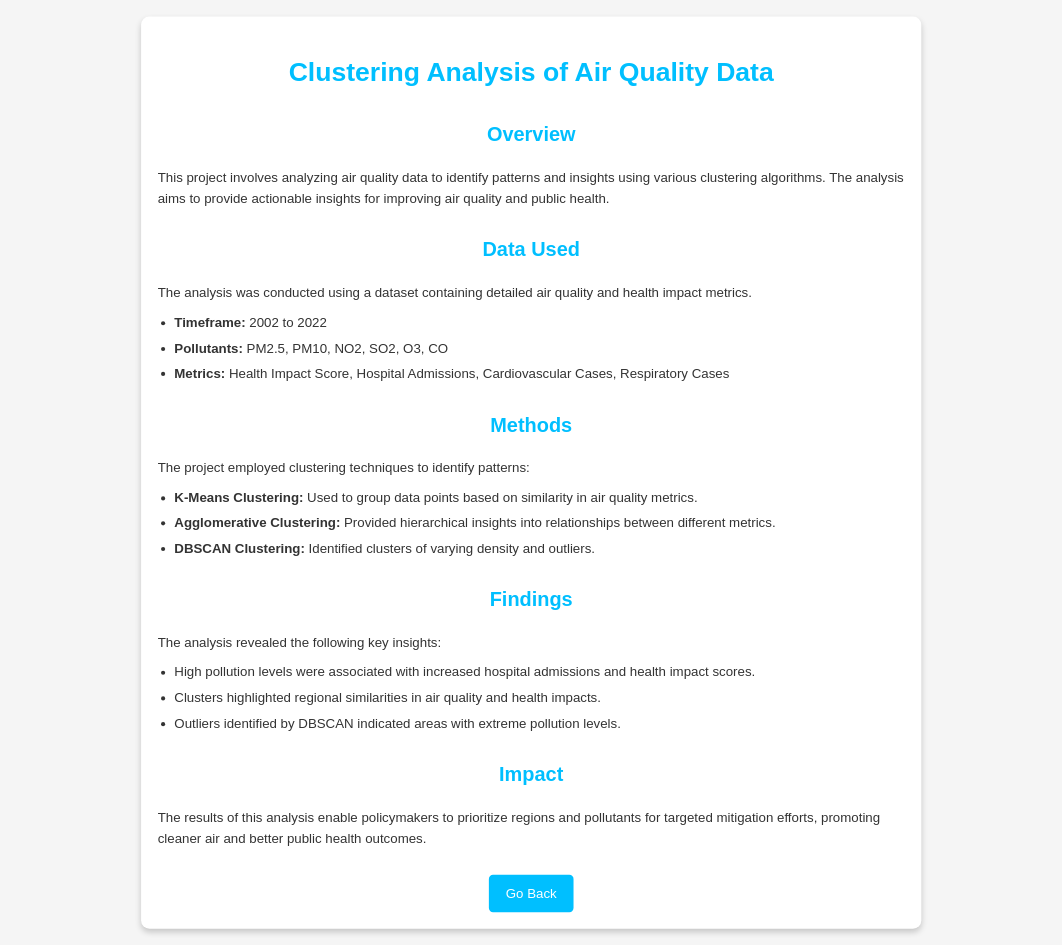
Repository: aminemnif/air-quality
Page: respiratory_cases/templates/clustering.html
These files come from the project's save history. The page is drawn as it stood at one moment and after the next save; the edit follows.
The browser window is 1280 px wide. The pictures show the whole page, at 83% of full size.
The template is drawn by Django 5.2. The application's start-up code is not run. The template is opened directly, without the code that normally fills it, so the values that code supplies are empty.

Above is the page before, as saved 2025-01-11 20:59:49.

After the next save:
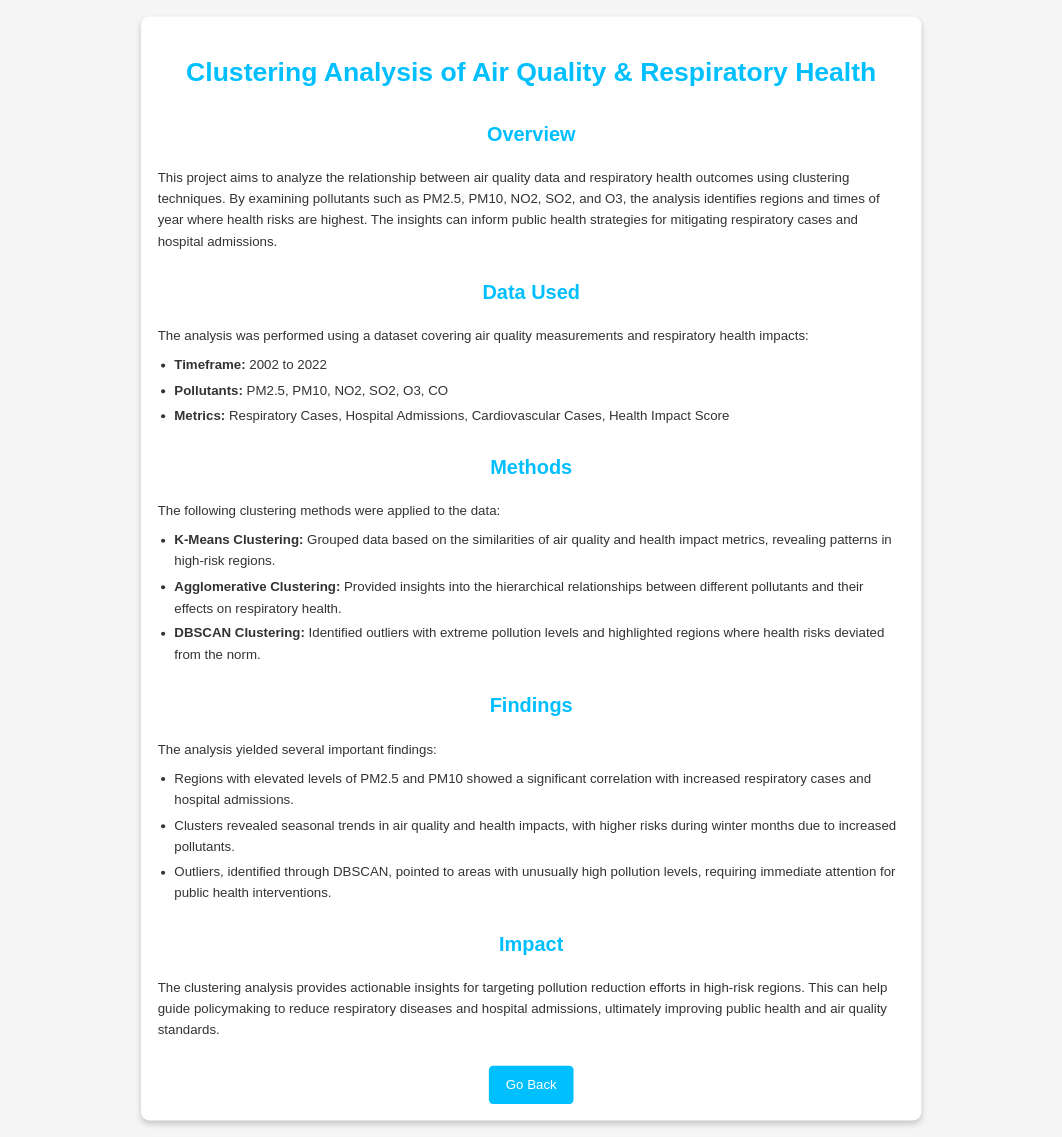
Saved 2 min 0 s later.
--- a/respiratory_cases/templates/clustering.html
+++ b/respiratory_cases/templates/clustering.html
@@ -3,7 +3,7 @@
 <head>
     <meta charset="UTF-8">
     <meta name="viewport" content="width=device-width, initial-scale=1.0">
-    <title>Clustering Analysis Details</title>
+    <title>Clustering Analysis of Air Quality & Respiratory Health</title>
     <style>
         body {
             font-family: Arial, sans-serif;
@@ -63,51 +63,52 @@
 <body>
 
     <div class="container">
-        <h1>Clustering Analysis of Air Quality Data</h1>
+        <h1>Clustering Analysis of Air Quality & Respiratory Health</h1>
 
         <div class="section">
             <h2>Overview</h2>
             <p>
-                This project involves analyzing air quality data to identify patterns and insights using various clustering algorithms.
-                The analysis aims to provide actionable insights for improving air quality and public health.
+                This project aims to analyze the relationship between air quality data and respiratory health outcomes using clustering techniques.
+                By examining pollutants such as PM2.5, PM10, NO2, SO2, and O3, the analysis identifies regions and times of year where health risks are highest.
+                The insights can inform public health strategies for mitigating respiratory cases and hospital admissions.
             </p>
         </div>
 
         <div class="section">
             <h2>Data Used</h2>
-            <p>The analysis was conducted using a dataset containing detailed air quality and health impact metrics.</p>
+            <p>The analysis was performed using a dataset covering air quality measurements and respiratory health impacts:</p>
             <ul>
                 <li><strong>Timeframe:</strong> 2002 to 2022</li>
                 <li><strong>Pollutants:</strong> PM2.5, PM10, NO2, SO2, O3, CO</li>
-                <li><strong>Metrics:</strong> Health Impact Score, Hospital Admissions, Cardiovascular Cases, Respiratory Cases</li>
+                <li><strong>Metrics:</strong> Respiratory Cases, Hospital Admissions, Cardiovascular Cases, Health Impact Score</li>
             </ul>
         </div>
 
         <div class="section">
             <h2>Methods</h2>
-            <p>The project employed clustering techniques to identify patterns:</p>
+            <p>The following clustering methods were applied to the data:</p>
             <ul>
-                <li><strong>K-Means Clustering:</strong> Used to group data points based on similarity in air quality metrics.</li>
-                <li><strong>Agglomerative Clustering:</strong> Provided hierarchical insights into relationships between different metrics.</li>
-                <li><strong>DBSCAN Clustering:</strong> Identified clusters of varying density and outliers.</li>
+                <li><strong>K-Means Clustering:</strong> Grouped data based on the similarities of air quality and health impact metrics, revealing patterns in high-risk regions.</li>
+                <li><strong>Agglomerative Clustering:</strong> Provided insights into the hierarchical relationships between different pollutants and their effects on respiratory health.</li>
+                <li><strong>DBSCAN Clustering:</strong> Identified outliers with extreme pollution levels and highlighted regions where health risks deviated from the norm.</li>
             </ul>
         </div>
 
         <div class="section">
             <h2>Findings</h2>
-            <p>The analysis revealed the following key insights:</p>
+            <p>The analysis yielded several important findings:</p>
             <ul>
-                <li>High pollution levels were associated with increased hospital admissions and health impact scores.</li>
-                <li>Clusters highlighted regional similarities in air quality and health impacts.</li>
-                <li>Outliers identified by DBSCAN indicated areas with extreme pollution levels.</li>
+                <li>Regions with elevated levels of PM2.5 and PM10 showed a significant correlation with increased respiratory cases and hospital admissions.</li>
+                <li>Clusters revealed seasonal trends in air quality and health impacts, with higher risks during winter months due to increased pollutants.</li>
+                <li>Outliers, identified through DBSCAN, pointed to areas with unusually high pollution levels, requiring immediate attention for public health interventions.</li>
             </ul>
         </div>
 
         <div class="section">
             <h2>Impact</h2>
             <p>
-                The results of this analysis enable policymakers to prioritize regions and pollutants for targeted mitigation efforts,
-                promoting cleaner air and better public health outcomes.
+                The clustering analysis provides actionable insights for targeting pollution reduction efforts in high-risk regions.
+                This can help guide policymaking to reduce respiratory diseases and hospital admissions, ultimately improving public health and air quality standards.
             </p>
         </div>
 
